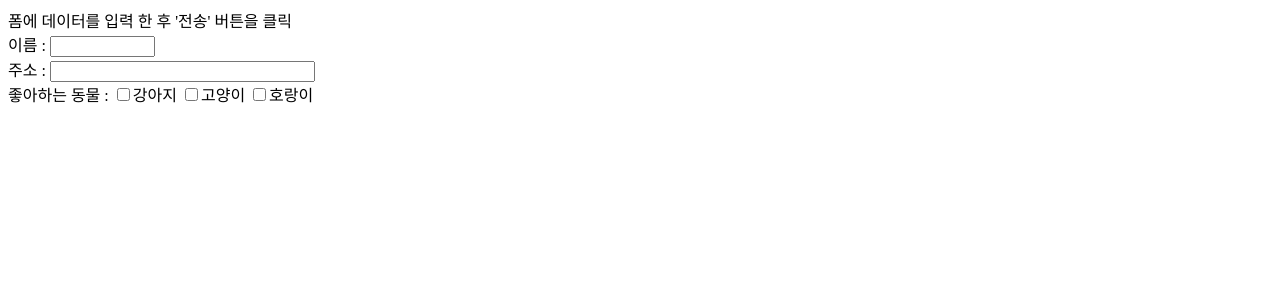
Repository: noopzzya/study_jsp_globalin
Page: http://localhost/ServletProject/implicit/reqEx2.jsp
An editor plug-in stored every save of this project. The page is shown before and after the next save, followed by the edit.
The browser window is 1280 px wide. The pictures show the whole page.
The page is served by Tomcat 9.

Above is the page before, as saved 2023-01-31 06:00:30.

After the next save:
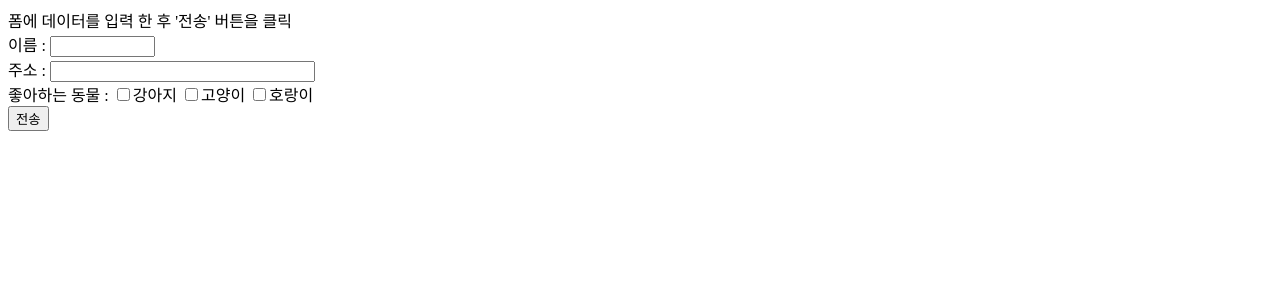
Saved 64 s later.
--- a/ServletProject/src/main/webapp/implicit/reqEx2.jsp
+++ b/ServletProject/src/main/webapp/implicit/reqEx2.jsp
@@ -8,12 +8,15 @@
 </head>
 <body>
 폼에 데이터를 입력 한 후 '전송' 버튼을 클릭
-<form action="viewParameter.jsp" method="post"></form>
+<form action="viewParameter.jsp" method="post">
 이름 : <input type="text" name="name" size="10"><br>
 주소 : <input type="text" name="address" size="30"><br>
 좋아하는 동물 :
 	<input type="checkbox" name="pet" value="dog">강아지
 	<input type="checkbox" name="pet" value="cat">고양이
 	<input type="checkbox" name="pet" value="pig">호랑이
+	<br>
+	<input type="submit" value="전송">
+</form>
 </body>
 </html>
